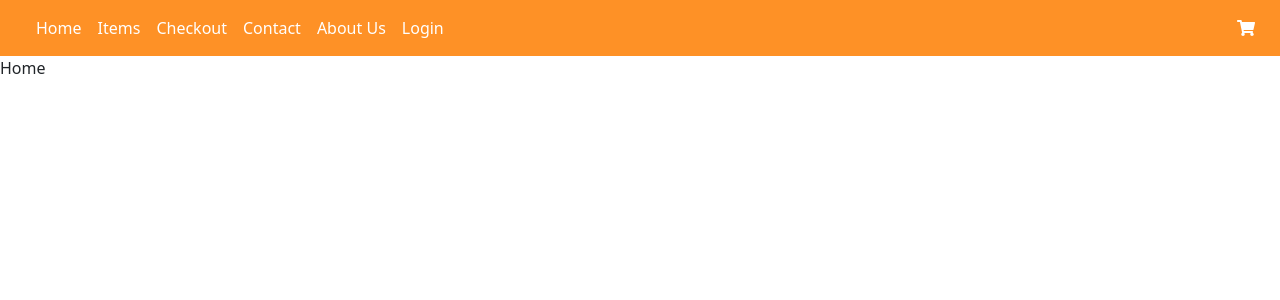
Repository: SaudCh/React-Ecommerce
Page: /
These files come from the project's save history. The page is drawn as it stood at one moment and after a run of saves; the edit follows.
The browser window is 1280 px wide. The pictures show the whole page.
The project was rebuilt for these pictures with package versions that can differ from the ones it lists, and the page was loaded fresh each time. Also part of the build but not shown: src/App.css.

Above is the page before, as saved 2021-12-05 12:27:23.

### src/App.js
import "./App.css";
import Header from "./Header/Header";
import "../node_modules/bootstrap/dist/css/bootstrap.min.css";
import "../node_modules/bootstrap/dist/js/bootstrap.bundle.min";
import { BrowserRouter, Switch, Route } from "react-router-dom";

function App() {
  return (
    <BrowserRouter>
      <Header />
      <Switch>
        <Route path="/" exact>
          <div>Home</div>
        </Route>
      </Switch>
    </BrowserRouter>
  );
}

export default App;

### src/Header/Header.jsx
import { faShoppingCart } from "@fortawesome/free-solid-svg-icons";
import { FontAwesomeIcon } from "@fortawesome/react-fontawesome";
import React from "react";
import { Link } from "react-router-dom";
import "./Header.css";

export default function Header() {
  return (
    <nav
      class="navbar navbar-expand-lg navbar-dark"
      style={{ backgroundColor: "#fe9126" }}
    >
      <div class="container-fluid">
        <Link class="navbar-brand" href="#"></Link>

        <button
          class="navbar-toggler"
          type="button"
          data-bs-toggle="collapse"
          data-bs-target="#navbarSupportedContent"
          aria-controls="navbarSupportedContent"
          aria-expanded="false"
          aria-label="Toggle navigation"
        >
          <span class="navbar-toggler-icon"></span>
        </button>
        <div class="collapse navbar-collapse" id="navbarSupportedContent">
          <ul class="navbar-nav me-auto mb-2 mb-lg-0 nav-ul">
            <li class="nav-item">
              <Link class="nav-link  text-white" aria-current="page" to="#">
                Home
              </Link>
            </li>
            <li class="nav-item">
              <Link class="nav-link  text-white" to="#">
                Items
              </Link>
            </li>

            <li class="nav-item">
              <Link
                class="nav-link text-white"
                to="#"
                tabindex="-1"
                aria-disabled="true"
              >
                Checkout
              </Link>
            </li>
            <li class="nav-item">
              <Link
                class="nav-link text-white"
                to="#"
                tabindex="-1"
                aria-disabled="true"
              >
                Contact
              </Link>
            </li>
            <li class="nav-item">
              <Link
                class="nav-link text-white"
                to="#"
                tabindex="-1"
                aria-disabled="true"
              >
                About Us
              </Link>
            </li>
            <li class="nav-item">
              <Link
                class="nav-link text-white"
                to="#"
                tabindex="-1"
                aria-disabled="true"
              >
                Login
              </Link>
            </li>
          </ul>
          <button className="btn text-white">
            <FontAwesomeIcon icon={faShoppingCart} />
          </button>
        </div>
      </div>
    </nav>
  );
}

### src/Header/Header.css
.nav-ul {
  margin-right: 10px;
}

Loaded but not shown: public/index.html (common file); src/index.js (common file); src/reportWebVitals.js (common file)

After the next 4 saves:
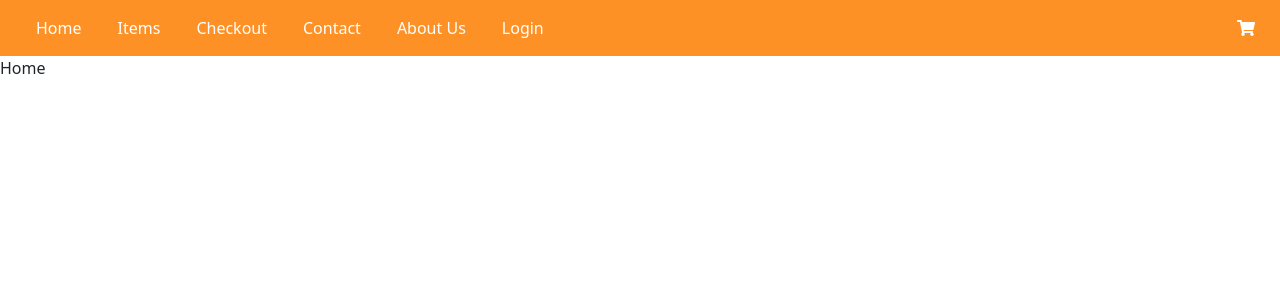
The 4 saves are shown as one change because they came seconds apart.
The last was saved 12 s later.
--- a/src/Header/Header.css
+++ b/src/Header/Header.css
@@ -1,3 +1,3 @@
-.nav-ul {
-  margin-right: 10px;
+.nav-ul li {
+  margin-right: 20px;
 }
